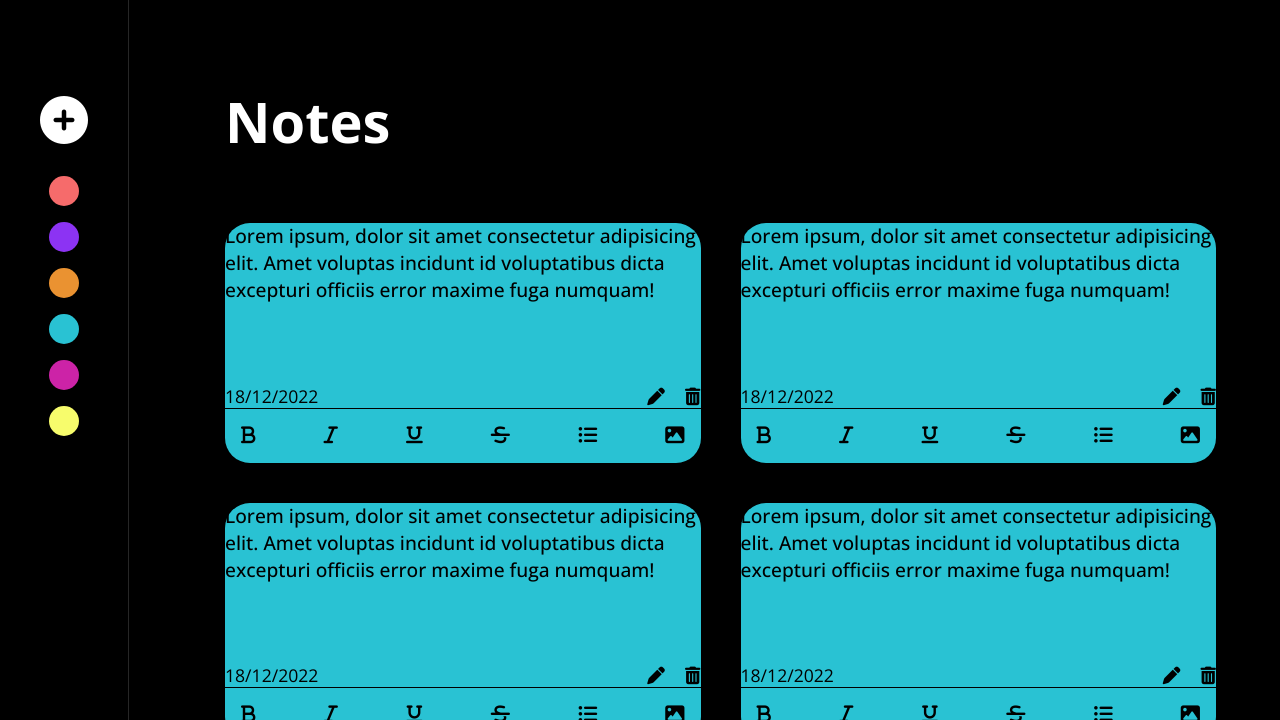
Repository: emiliaiwu/notes_app
Page: index.html
An editor plug-in stored every save of this project. The page is shown before and after the next save, followed by the edit.
The browser window is 1280 px wide. The pictures show the whole page.
An inner scrolling area shows only its first screen. Some web libraries are served in a nearby version.

Above is the page before, as saved 2022-12-19 23:35:35.

### index.html
<!DOCTYPE html>
<html lang="en">
<head>
    <meta charset="UTF-8">
    <meta http-equiv="X-UA-Compatible" content="IE=edge">
    <meta name="viewport" content="width=device-width, initial-scale=1.0">
    <script src="https://kit.fontawesome.com/fd9c36575f.js" crossorigin="anonymous"></script>
    <link rel="stylesheet" href="style.css">
    <title>Notes App</title>
</head>
<body>
    <div class="container">
        <div class="add">
            <div class="add_card"><i class="fa-solid fa-circle-plus"></i></div>
            <ul class="card_colors">
                <li class="card_color c1"></li>
                <li class="card_color c2"></li>
                <li class="card_color c3"></li>
                <li class="card_color c4"></li>
                <li class="card_color c5"></li>
                <li class="card_color c6"></li>
            </ul>
        </div>
        <div class="cards_container">
            <h1>Notes</h1>
            <div class="cards">

                <div class="card">
                    <p class="text">
                        Lorem ipsum, dolor sit amet consectetur adipisicing elit. Amet voluptas incidunt id voluptatibus dicta excepturi officiis error maxime fuga numquam!
                    </p>
                    <span class="footer close">
                        <small class="date">18/12/2022</small>
                        <span>
                           <small class="edit"><i class="fa-solid fa-pen"></i></small>
                           <small class="delete"><i class="fa-solid fa-trash-can"></i></small>
                        </span>
                    </span>
                    <span class="footer open">
                        <ul class="edit_settings">
                            <li class="bold"><i class="fa-solid fa-bold"></i></li>
                            <li class="italic"><i class="fa-solid fa-italic"></i></li>
                            <li class="underline"><i class="fa-solid fa-underline"></i></li>
                            <li class="strikethrough"><i class="fa-solid fa-strikethrough"></i></li>
                            <li class="toggleBtn"><i class="fa-solid fa-list-ul"></i></li>
                            <li class="add_image"><i class="fa-solid fa-image"></i></li>
                        </ul>
                    </span>
                </div>

                <div class="card">
                    <span class="text">
                        Lorem ipsum, dolor sit amet consectetur adipisicing elit. Amet voluptas incidunt id voluptatibus dicta excepturi officiis error maxime fuga numquam!
                    </span>
                    <span class="footer close">
                        <small class="date">18/12/2022</small>
                        <span>
                           <small class="edit"><i class="fa-solid fa-pen"></i></small>
                           <small class="delete"><i class="fa-solid fa-trash-can"></i></small>
                        </span>
                    </span>
                    <span class="footer open">
                        <ul class="edit_settings">
                            <li class="bold"><i class="fa-solid fa-bold"></i></li>
                            <li class="italic"><i class="fa-solid fa-italic"></i></li>
                            <li class="underline"><i class="fa-solid fa-underline"></i></li>
                            <li class="strikethrough"><i class="fa-solid fa-strikethrough"></i></li>
                            <li class="toggleBtn"><i class="fa-solid fa-list-ul"></i></li>
                            <li class="add_image"><i class="fa-solid fa-image"></i></li>
                        </ul>
                    </span>
                </div>

                <div class="card">
                    <span class="text">
                        Lorem ipsum, dolor sit amet consectetur adipisicing elit. Amet voluptas incidunt id voluptatibus dicta excepturi officiis error maxime fuga numquam!
                    </span>
                    <span class="footer close">
                        <small class="date">18/12/2022</small>
                        <span>
                           <small class="edit"><i class="fa-solid fa-pen"></i></small>
                           <small class="delete"><i class="fa-solid fa-trash-can"></i></small>
                        </span>
                    </span>
                    <span class="footer open">
                        <ul class="edit_settings">
                            <li class="bold"><i class="fa-solid fa-bold"></i></li>
                            <li class="italic"><i class="fa-solid fa-italic"></i></li>
                            <li class="underline"><i class="fa-solid fa-underline"></i></li>
                            <li class="strikethrough"><i class="fa-solid fa-strikethrough"></i></li>
                            <li class="toggleBtn"><i class="fa-solid fa-list-ul"></i></li>
                            <li class="add_image"><i class="fa-solid fa-image"></i></li>
                        </ul>
                    </span>
                </div>

                <div class="card">
                    <span class="text">
                        Lorem ipsum, dolor sit amet consectetur adipisicing elit. Amet voluptas incidunt id voluptatibus dicta excepturi officiis error maxime fuga numquam!
                    </span>
                    <span class="footer close">
                        <small class="date">18/12/2022</small>
                        <span>
                           <small class="edit"><i class="fa-solid fa-pen"></i></small>
                           <small class="delete"><i class="fa-solid fa-trash-can"></i></small>
                        </span>
                    </span>
                    <span class="footer open">
                        <ul class="edit_settings">
                            <li class="bold"><i class="fa-solid fa-bold"></i></li>
                            <li class="italic"><i class="fa-solid fa-italic"></i></li>
                            <li class="underline"><i class="fa-solid fa-underline"></i></li>
                            <li class="strikethrough"><i class="fa-solid fa-strikethrough"></i></li>
                            <li class="toggleBtn"><i class="fa-solid fa-list-ul"></i></li>
                            <li class="add_image"><i class="fa-solid fa-image"></i></li>
                        </ul>
                    </span>
                </div>


            </div>
        </div>




    </div>

</body>
</html>

### style.css
@import url('https://fonts.googleapis.com/css2?family=Open+Sans:wght@300;400;500;700&display=swap');


* {
    margin: 0;
    padding: 0;
    box-sizing: border-box;
    list-style-type: none;

}

body {
    font-family: 'Open Sans', sans-serif;
    width: 100vw;
    height: 100vh;
    background-color: #000;
    color: #fff;

}

h1 {
    font-size: 3.5rem;
    margin-bottom: 4rem;
    color: #fff;
}

.container {
    display: flex;
    width: 100%;
    height: 100%;
    gap: 2rem;
}

.add {
    border-right: 1px solid rgba(255, 255, 255, 0.15);
    min-height: 100vh;
    display: flex;
    flex-direction: column;
    align-items: center;
    padding: 6rem 2.5rem;

}

.card_color {
    width: 30px;
    height: 30px;
    border-radius: 50%;
    margin-bottom: 1rem;

}

.fa-circle-plus {
    font-size: 3rem;
    margin-bottom: 2rem;
}

.c1 {
    background-color: #F66B6B;
}

.c2 {
    background-color: #8C33F3;
}

.c3 {
    background-color: #EA9231;
}

.c4 {
    background-color: #29C2D3;
}

.c5 {
    background-color: #CC23A7;
}

.c6 {
    background-color: #F7FC6C;
}






/* CARDS CONTAINER */

.cards_container {
    padding: 5.2rem 4rem;
    height: 100%;
    overflow-y: scroll;
    width: 100%;
    color: #000;
}

.cards {
    display: grid;
    grid-template-columns: repeat(auto-fit, minmax(19rem, 1fr));
    gap: 2.5rem;
}

.card {
    display: flex;
    flex-direction: column;
    justify-content: space-between;
    background-color: #29C2D3;
    padding: 2rem 2re;
    border-radius: 25px;
}

.close,
.edit_settings {
    display: flex;
    justify-content: space-between;

}

.text {
    margin-bottom: 5rem;
    font-size: 1.2rem;
    font-weight: 500;
    line-height: 1.4;
}

small {
    font-size: 1.1rem;
}

.fa-trash-can {
    margin-left: 1rem;
}



.edit_settings {
    border-top: 1px solid;
    width: 100%;
    padding: 1rem;
}

ul li i {
    font-size: 1.2rem;
}

After the next save:
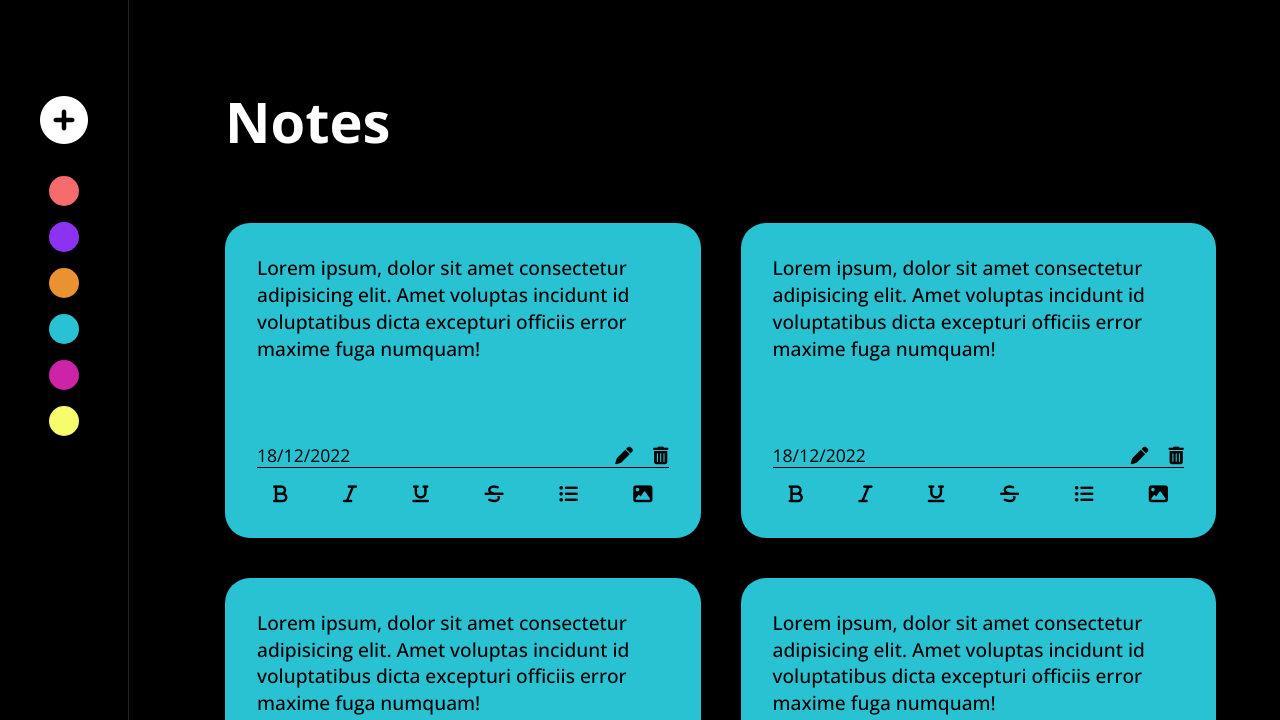
Saved 5 s later.
--- a/style.css
+++ b/style.css
@@ -104,7 +104,7 @@ h1 {
     flex-direction: column;
     justify-content: space-between;
     background-color: #29C2D3;
-    padding: 2rem 2re;
+    padding: 2rem 2rem 1rem 2rem;
     border-radius: 25px;
 }
 
